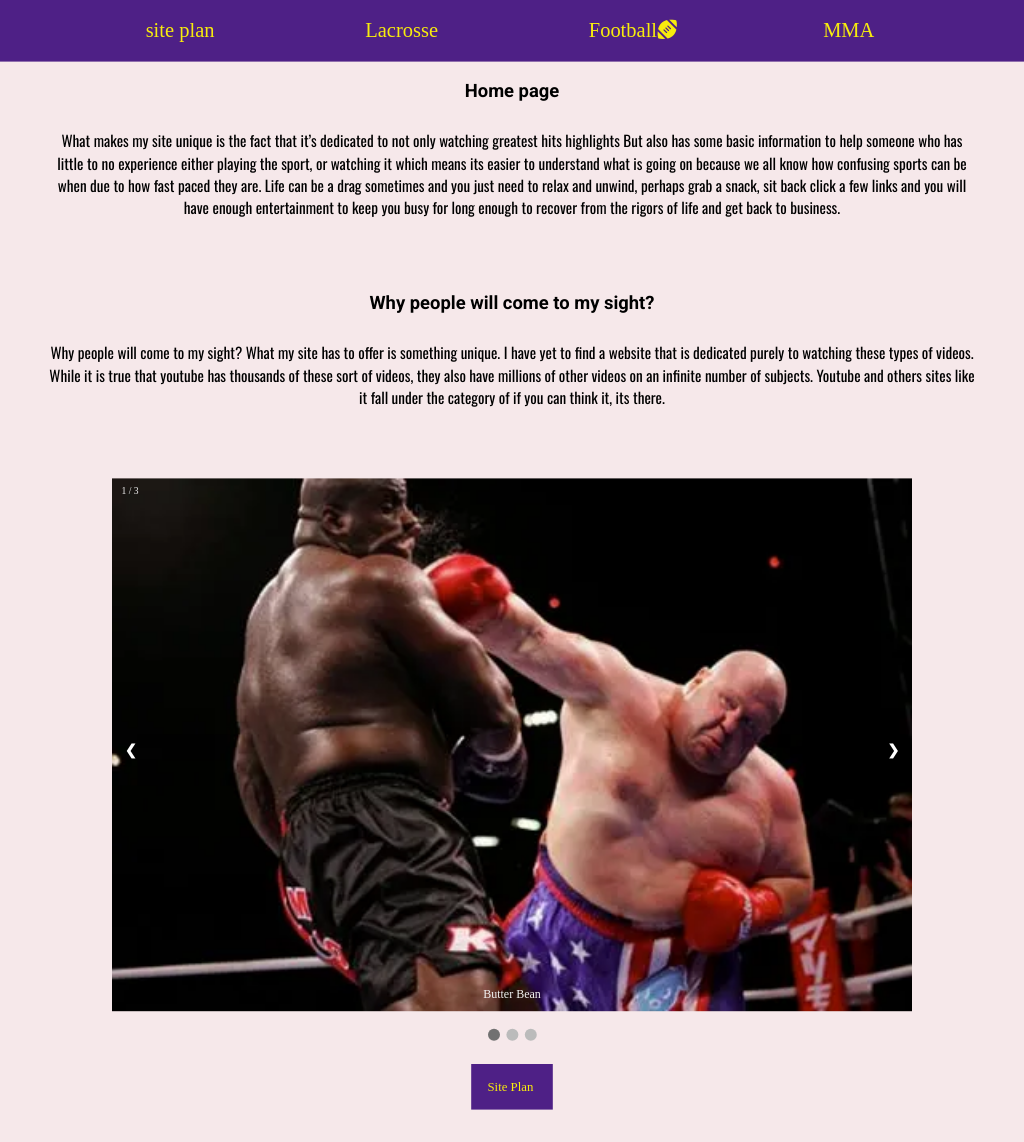
Repository: nak97/personal-site
Page: index.html
These files come from the project's save history. The page is drawn as it stood at one moment and after the next save; the edit follows.
The browser window is 1280 px wide. The pictures show the whole page, at 80% of full size.
Some icons come from a web library that is not loaded, so they are not drawn. Some web libraries are served in a nearby version.

Above is the page before, as saved 2023-03-27 13:39:11.

After the next save:
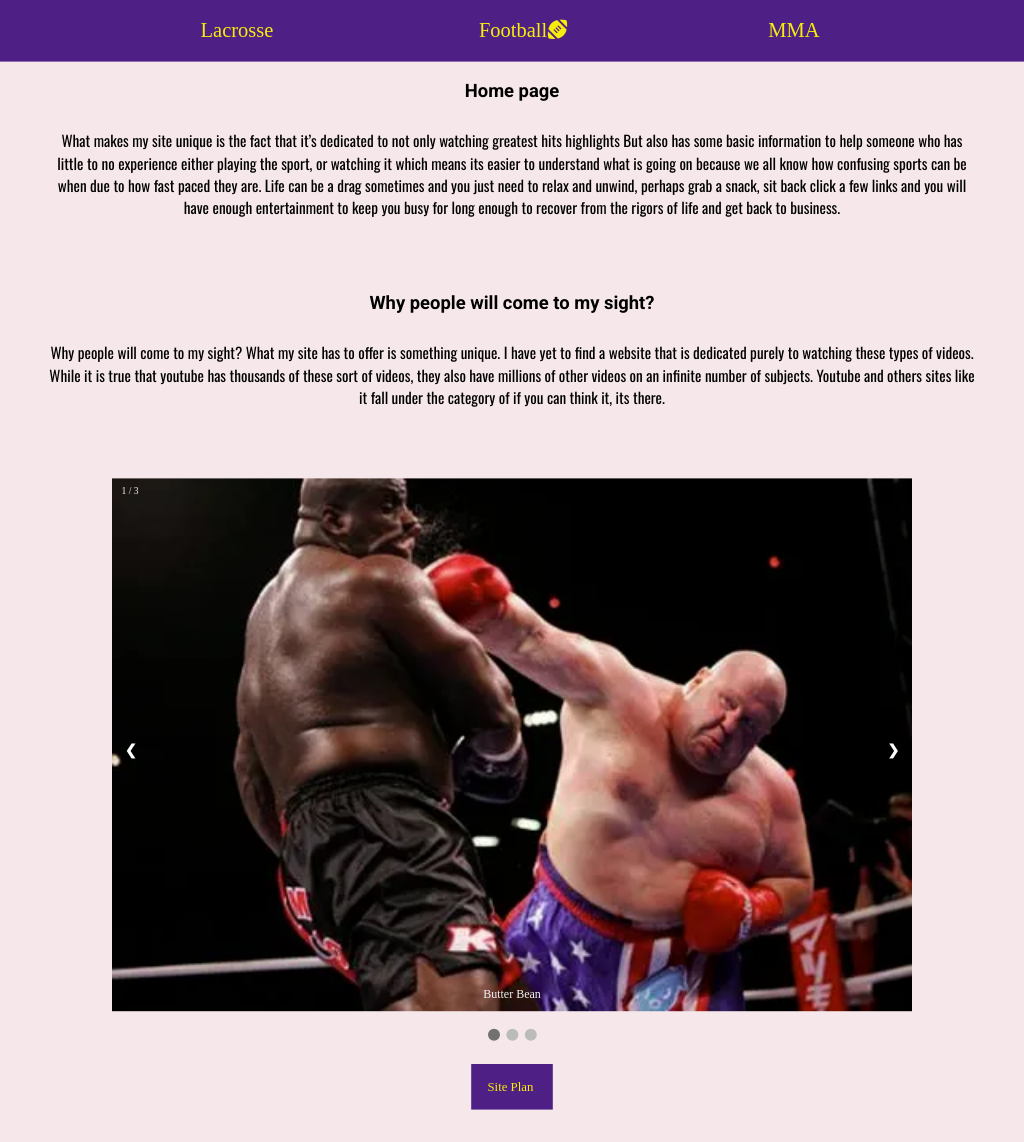
Saved 12 s later.
--- a/index.html
+++ b/index.html
@@ -15,7 +15,6 @@
 </head>
 <body>
   <nav>
-    <a href="site-plan.html">site plan <i class="fa-solid fa-ruler-triangle"></i></a>
     <a href="lacrosse.html" target="_blank">Lacrosse <i class="fa-solid fa-lacrosse-stick-ball"></i></a>
     <a href="football.html" target="_blank">Football<i class="fa-solid fa-football"></i></a>
     <a href="mma.html" target="_blank">MMA  <i class="fa-solid fa-boxing-glove"></i></a>
